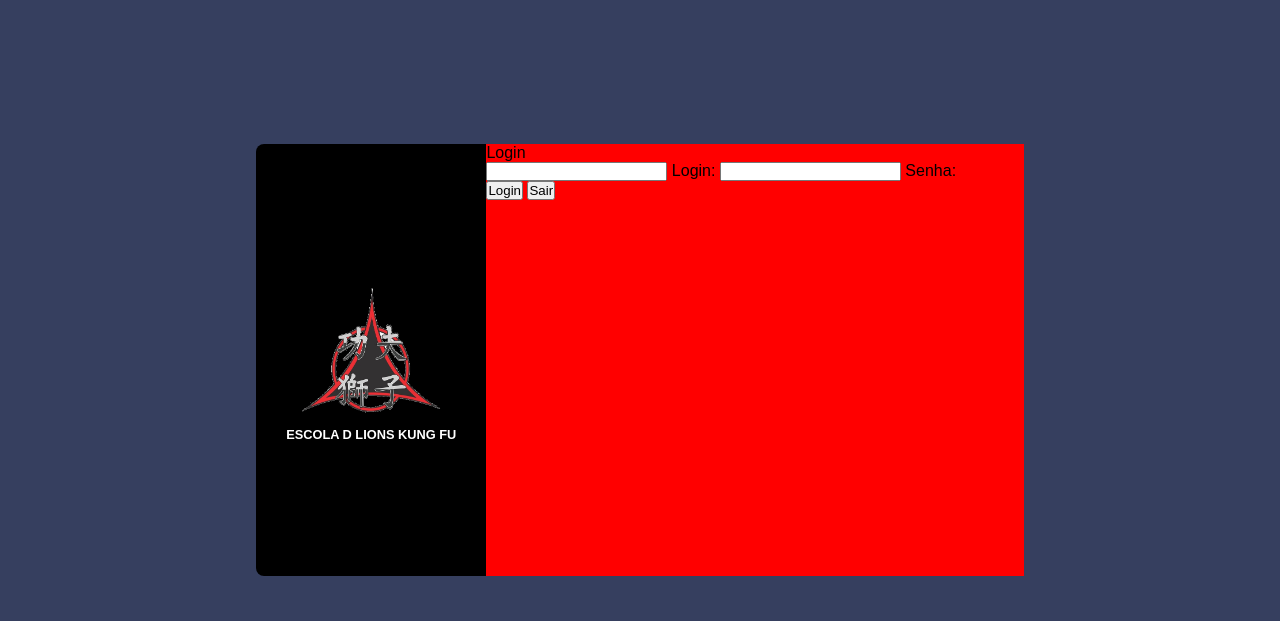
Repository: samantaProspero/projeto_integrador
Page: Versão Atual/PI_Vanila/index.html
The author's editor kept a copy of each file at every save. The page is drawn from the files as they stood at one save, then again after a run of saves.
The browser window is 1280 px wide. The pictures show the whole page.

Above is the page before, as saved 2021-11-04 15:03:17.
Not found: Versão Atual/PI_Vanila/js/script.js

### Versão Atual/PI_Vanila/index.html
<!DOCTYPE html>
<html lang="pt-BR">
<head>
  <meta charset="UTF-8">
  <meta http-equiv="X-UA-Compatible" content="IE=edge">
  <meta name="viewport" content="width=device-width, initial-scale=1.0">
  <link rel="stylesheet" type="text/css" href="_css/global.css">
  <link rel="stylesheet" type="text/css" href="_css/style.css">
  <title>D Lions</title>
</head>
<body id="painel-inicial">
  <section class="login-painel">
    <div class="logo-painel">
      <img id=logo src="assets/logo.png">
      <p>ESCOLA D LIONS KUNG FU</p>
    </div>
    <div class="area-login">
      <p>Login</p>
      <form action="">
        <input type="text" name="login" id="login">
        <label for="login">Login: </label>
        <input type="text" name="senha" id="senha">
        <label for="senha">Senha: </label>
        <div>
        <input type="button" value="Login">
        <input type="button" value="Sair">
        </div>
      </form>
    </div>
  </section>
  <script src="js/script.js"></script>
</body>
</html>

### Versão Atual/PI_Vanila/_css/global.css
  :root{
    --red: #E52E4D;
    --green: #33CC95;
    --blue: #5429CC;
    --blue-light: #6933FF;
    --text-title: #363F5F;
    --text-body: #969CB2;
    --background: #f0f2f5;
    --shape: #FFFFFF;
    --primary_dark: #363F5F;
  --secondary_dark: #000000;
    --primary: #FF0000;
    --bg_home: #B22222;
    --bg_cadastro:#A52A2A;
    --icon: #6495ED;
    --bg_frame: #D3D3D3;
  }
  /* font verdana 8 bold */

  *{
    margin: 0;
    padding: 0;
    box-sizing: border-box;
  }

  /* // font-size: 16px (Desktop) */
  html{
    @media (max-width: 1080px){
      font-size: 93.75%; //15px
    }
    @media (max-width: 720px){
      font-size: 87.5%;  //14px
    }
  }
  /* //REM = 1rem = 16px */
  body{
    background: var(--primary_dark);
    -webkit-font-smoothing: antialiased;
  }

  body, input, textarea, button {
    font-family: 'Poppins', sans-serif;
    font-weight: 400;
  }

  h1, h2, h3, h4, h5, h6, strong {
    font-weight: 600;
  }

  button {
    cursor: pointer;
  }



  /* [disabled] {
    opacity: 0.6;
    cursor: not-allowed;
  }

  .react-modal-overlay{
    background: rgba(0,0,0,0.5);
    position: fixed;

    top: 0;
    bottom: 0;
    right: 0;
    left: 0;

    display: flex;
    align-items: center;
    justify-content: center;
  }

  .react-modal-content{
    width: 100%;
    max-width: 576px;
    background: var(--background);
    padding: 3rem;
    position: relative;
    border-radius: 0.25rem;
  }

  .react-modal-close{
    position: absolute;
    right: 1.5rem;
    top: 1.5rem;
    border: 0;
    background: transparent;
    transition: 0.2s; */

    /* &:hover{
      filter: brightness(0.9)
    }
  } */

### Versão Atual/PI_Vanila/_css/style.css
#painel-inicial {
  width: 100vw;
  height: 100vh;
  display: flex;
  align-items: center;
  justify-content: center;
}
.login-painel {
  width: 60vw;
  height: 60vh;
  display: flex;
  flex-direction: row;
  align-items: center;
  justify-content: center;
}
.logo-painel {
  width: 30%;
  height: 100%;
  background-color: var(--secondary_dark);
  display: flex;
  flex-direction: column;
  flex: 1;
  justify-content: center;
  align-items: center;
  border-radius: 8px 0 0 8px;
}
.logo-painel p {
  color: var(--shape);
  font-size: 0.8rem;
  font-weight: bold;
}
/* .logo-painel.logo{
  display: flex;
  justify-content: center;
  align-items: center;
  box-sizing: cover;
} */
.logo-painel img{
    width: 150px;
  }

.area-login {
  width: 70%;
  height: 100%;
  background-color: red;
}

/*
export const Content = styled.div`
max-width: 800px;
margin: 0 auto;
display: flex;
flex: 1;
justify-content: center;
align-items: center;
padding: 2.5rem 1rem;

export const LoginContainer = styled.div`
width: 65%;
height: 50vh;
background-color: var(--primary);
display: flex;
flex-direction: column;
justify-content: center;
align-items: center;
border-radius: 0 8px 8px 0;
box-shadow: 0 2px 8px rgba(255, 255, 255,0.4);
p{
  color: var(--shape);
  font-size: 1.5rem;
}
label{
  color: var(--shape);
  font-size: 2rem;
}
`;
export const Input = styled.div`
padding: 0.7rem;
display: flex;
align-items: center;
justify-content: right;

input{
  height: 1.8rem;
  padding: 1rem;
  margin-left: 1rem;
  border-radius: 5px;
  font-size: 1.2rem;
}
`;
export const Buttons = styled.div`
padding-top: 0.7rem;

button{
  width: 8rem;
  font-size: 1.4rem;
  padding: 0.3rem 1.8rem;
  border-radius: 5px;
  margin: 50px 20px 0;
}
`;
`;
 */

After the next 3 saves:
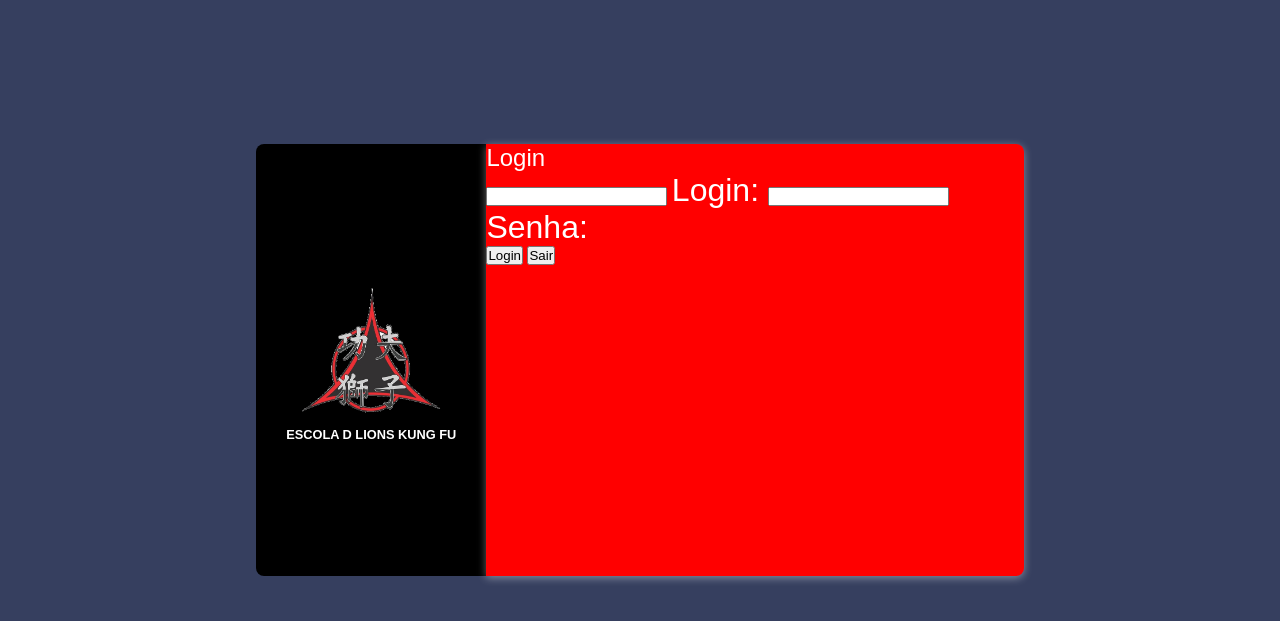
The 3 saves are shown as one change because they came seconds apart.
The last was saved 51 s later.
--- a/Versão Atual/PI_Vanila/_css/style.css
+++ b/Versão Atual/PI_Vanila/_css/style.css
@@ -35,14 +35,24 @@
   align-items: center;
   box-sizing: cover;
 } */
-.logo-painel img{
-    width: 150px;
-  }
+.logo-painel img {
+  width: 150px;
+}
 
 .area-login {
   width: 70%;
   height: 100%;
   background-color: red;
+  border-radius: 0 8px 8px 0;
+  box-shadow: 0 2px 8px rgba(255, 255, 255, 0.4);
+  p {
+    color: var(--shape);
+    font-size: 1.5rem;
+  }
+  label {
+    color: var(--shape);
+    font-size: 2rem;
+  }
 }
 
 /*
